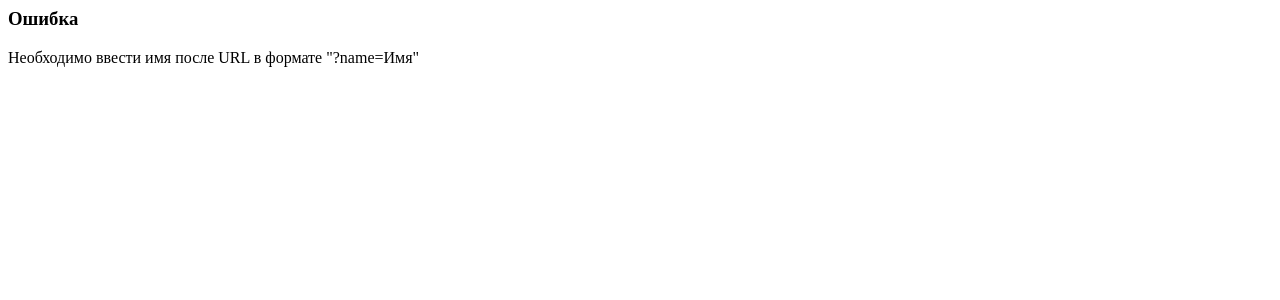
Repository: dknowuser/JavaWebLab6
Page: http://localhost/lab3/ErrorManager.jsp
These files come from the project's save history. The page is drawn as it stood at one moment and after the next save; the edit follows.
The browser window is 1280 px wide. The pictures show the whole page.
The page is served by Tomcat 9.

Above is the page before, as saved 2019-02-19 00:24:28.

After the next save:
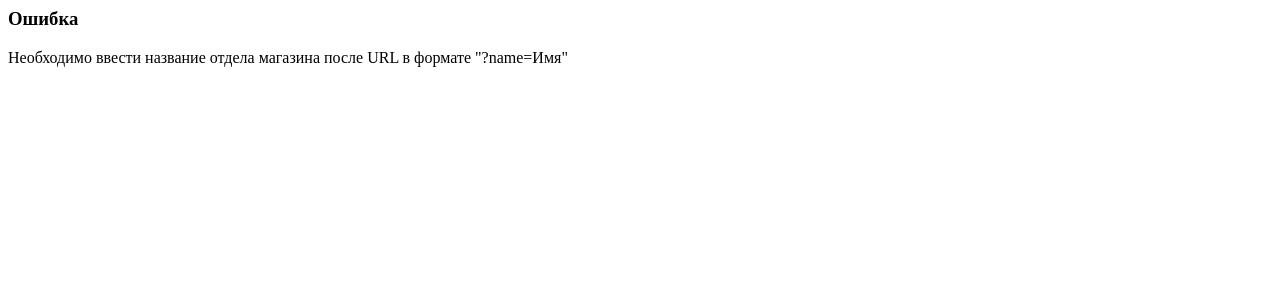
Saved 26 s later.
--- a/lab3/WebContent/ErrorManager.jsp
+++ b/lab3/WebContent/ErrorManager.jsp
@@ -11,6 +11,6 @@
 </head>
 <body>
 	<h3>Ошибка</h3>
-Необходимо ввести имя после URL в формате "?name=Имя"<br>
+Необходимо ввести название отдела магазина после URL в формате "?name=Имя"<br>
 </body>
 </html>
